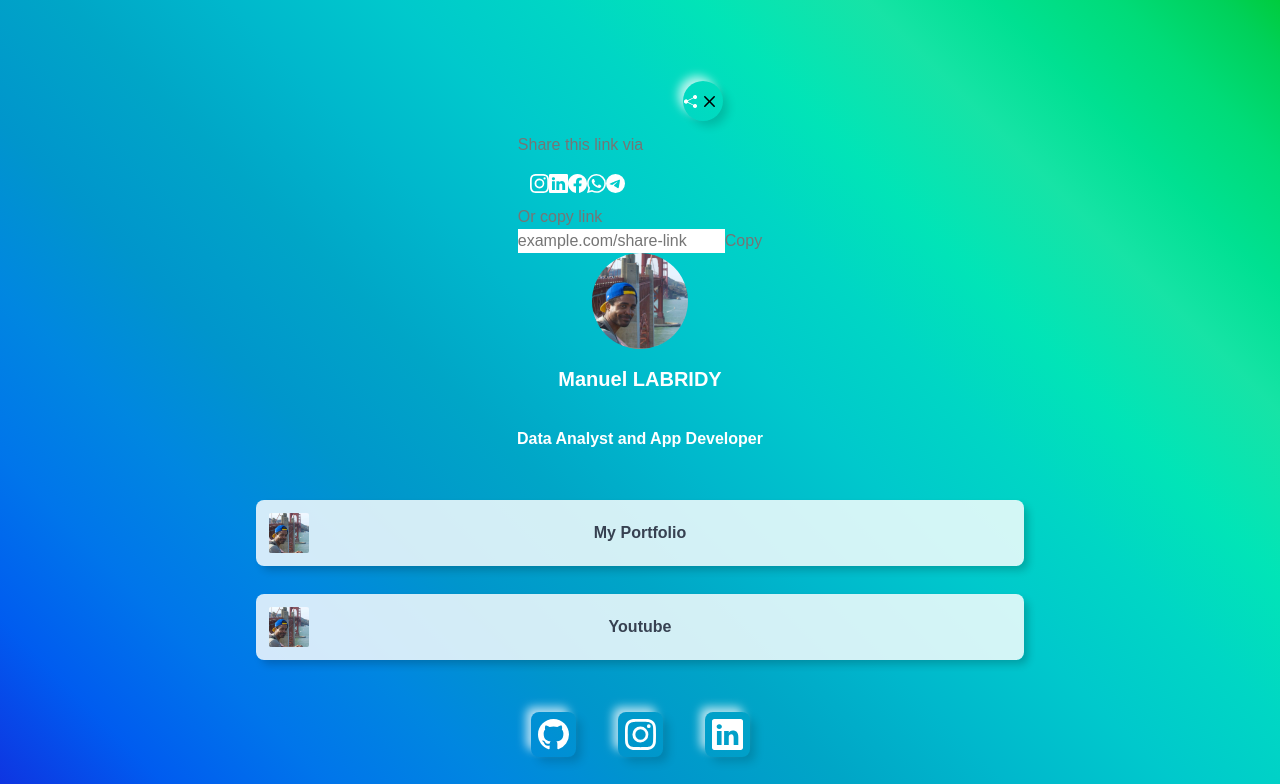
Repository: MateLaDBrouille97/linktree
Page: /
These files come from the project's save history. The page is drawn as it stood at one moment and after the next save; the edit follows.
The browser window is 1280 px wide. The pictures show the whole page.
The project was rebuilt for these pictures with package versions that can differ from the ones it lists, and the page was loaded fresh each time. The framework's server and built-in components were replaced by stand-ins that run in the browser. Also part of the build but not shown: next.config.js, styles/Home.module.css, styles/scrollup.css.

Above is the page before, as saved 2023-01-23 19:24:17.

### app/layout.tsx
"use client";

import '@/styles/globals.css'
import '../styles/Home.module.css';
import '../styles/scrollup.css';
import '../styles/home.css';
import '../styles/socials.css';
import '../styles/share.css';
import ScrollDow from '../components/ScrollDow';
import ScrollUp from '../components/scrollup/ScrollUp'

export default function RootLayout({
    children,
  }: {
    children: React.ReactNode;
  }) {
    return (
      <html lang="en">
        <body>{children}</body>
        {/* <ScrollDow/> */}
        {/* <ScrollUp/> */}
      </html>
    );
  }

### app/page.tsx
"use client";

import Image from "next/image";
import data from "data.json";
import image from "../public/ManuelTL2.jpg";
import image1 from "../public/ManuelTL2.jpg";
import { useEffect, useState } from "react";
import Socials from "../components/Socials";
import Share from "@/components/Share";

function LinkCard({
  href,
  title,
  image,
}: {
  href: string;
  title: string;
  image?: string;
}) {
  return (
    <a
      href={href}
      className="flex items-center p-3 w-full rounded-lg hover:scale-105 transition-all bg-gray-100 mb-3 -mt-2 max-w-3xl home__linkcard-box"
    >
      <div className="flex text-center w-full home__linkcard-card">
        <div className="w-10 h-10 home__linkcard-img">
          {image1 && (
            <Image
              className="rounded-sm"
              alt={data.name}
              src={image1}
              width={40}
              height={40}
            />
          )}
        </div>
        <h2 className="flex justify-center items-center font-semibold w-full text-gray-700 -ml-10 home__linkcard-title">
          {title}
        </h2>
      </div>
    </a>
  );
}

export default function Home() {
  /*==================== Toggle Menu ====================== */
  const [toggle, showMenu] = useState(false);
  const [activeNav, setActiveNav] = useState("#home");

  /* +++++++++++++++++++++++++++++++++++++++++++++++++ */
  // const { dbUser, image } = useUserContext();

  // const breakpoints = (width) => {
  //   if (width < 640) {
  //     return "xs";
  //   } else if (width >= 640 && width < 768) {
  //     return "sm";
  //   } else if (width >= 768 && width < 1024) {
  //     return "md";
  //   } else if (width >= 1024) {
  //     return "lg";
  //   }
  // };

  // const [breakpoint, setBreakpoint] = useState(() =>
  //   breakpoints(typeof window !== "undefined" && window.innerWidth)
  // );

  useEffect(() => {
    if (toggle) {
      // const calcInnerWidth = function () {
      //   setBreakpoint(breakpoints(window.innerWidth));
      // };
      // window.addEventListener("resize", calcInnerWidth);
      window.addEventListener("scroll", function () {
        const header = this.document.querySelector(".header");
        //scroll higher than 200 viewport height
        //add scroll header class to a tag with the scroll-top
        if (this.scrollY >= 80) header?.classList.add("scroll-header");
        else header?.classList.remove("scroll-header");
      });
    }
  }, []);

  useEffect(() => {
    showMenu(true);
  }, []);

  return (
    <div className="flex items-center flex-col mx-auto w-full justify-center mt-16 px-8 ">
      <Share/>
      <a
        href="#home"
        onClick={() => setActiveNav("#home")}
        // className={
        //   activeNav === "#home" ? "nav__logo active-link" : "nav__logo"
        // }
      >
        <Image
          className="rounded-full"
          alt={data.name}
          src={image}
          width={96}
          height={96}
        />
      </a>

      <h1 className="font-semibold mt-4 mb-8 text-xl" style={{color:"white"}}>{data.name}</h1>
      <h3 className="home__description" style={{color:"white"}}>{data.small_description}</h3>

      <div className="grid place-items-center w-full mt-2">
        {data.links.map((link) => (
          <LinkCard key={link.href} {...link} />
        ))}
      </div>

      <div className="gap-3 items-center flex mt-10">
        {data?.socials?.map((social) => {
         return(

          <Socials title={social?.title} key={social?.href} />
          )
        })}
      </div>
    </div>
  );
}

### styles/home.css
.home__container{
    row-gap: 7rem;
}

.home__content{
    grid-template-columns: 116px repeat(2, 1fr);
    padding-top: 5.5rem;
    column-gap: 2rem;
    align-items: center;
}

.home__social{
    display:grid;
    grid-template-columns: max-content;
    row-gap: 1rem;
}

.home__social-icon{
    font-size:1.25rem;
    color: var(--title-color);
}

.home__social-icon:hover{
    color:rgb(165, 30, 75);
}



.home__social-icon:hover{
    color: var(--title-color-dark);
}

.home__title{
    font-size:var(--h1-font-size);
    margin-bottom:var(--mb-0-25);
}

.home__hand{
    width: 38px;
    height: 38px;
    margin-left: 0.4rem;
}

.home__subtitle{
    position: relative;
    font-size:var(--h3-font-size);
    padding-left: 5.4rem;
    font-weight: var(--font-normal);
    margin-bottom: var(--mb-1);
}

.home__subtitle::before{
    content:'';
    position:absolute;
    width: 70px;
    height:1px;
    background-color:var(--text-color);
    left:0;
    top:1rem;
}

.home__description{
    max-width:400px;
    margin-bottom: var(--mb-3);
    line-height: 1.7;
}

.home__linkcard-box{
    background-color: rgba(255, 255, 255, 0.829);
    border-color: whitesmoke;
    border-width: 3px;
    transition: transform 0.5s;
    box-shadow: 5px 5px 9px -1px rgba(0,0,0,0.2);

    border: 1px solid rgba(0,0,0,0);
    transition: transform 0.5s;
}

.home__linkcard-box:hover{
    box-shadow: 10px 10px 0px -1px rgba(0,0,0,0.15),
                1px 1px 0.5px  rgba(0,0,0,0.15),
                0px -12px 10px -10px  rgba(0,0,0,0.05);
     border: 1px solid   rgba(0,0,0,0.1);
    /* transform:translateY(-2px)  ;    */
}

.home__linkcard-box::after{
    transition: transform 0.5s;
}

.home__linkcard-box:hover::after .home__linkcard-title {
    transition: transform 0.7s;
}

.home__linkcard-box:hover::after .home__linkcard-img {
    transition: transform 0.7s;
}

.home__linkcard-box:hover .home__linkcard-title{
    transform:scale(1.05);
    transition: transform 0.5s;
}

.home__linkcard-box:hover .home__linkcard-img{
    transform:scale(1.15);
    transition: transform 0.5s;
}




.home__img{
/* background: url(../../assets/Mur.jpg); */
background-repeat: no-repeat;
background-position: center;
background-size: cover;
box-shadow: inset 0 0 0 9px rgb(255 255 255/30%);
order: 1;
justify-self: center;
width:375px ;
height: 350px;
animation: profile__animate 8s ease-in-out infinite 1s;
}

@keyframes profile__animate {
    0%{
        border-radius: 60% 40% 30% 70%/60% 30% 70% 40%;
    }

    50%{
        border-radius: 30% 60% 70% 40%/50% 60% 30% 60%;
    }

    100%{
        border-radius: 60% 40% 30% 70%/60% 30% 70% 40%;
    }
}

.home__scroll{
    position:fixed;
    left: 2.5rem;
    bottom: 3rem;
    /* opacity:0.8; */
    padding:0.3rem 0.5rem;
    border-radius:0.4rem;
    z-index: var(--z-tooltip);
    transition: .4s;
}


.wheel {
    animation: scroll 2s ease infinite;
}

@keyframes scroll{
    0% {
        transform: translateY(0);
    }
    30% {
        transform: translateY(3.7rem);
    }

}


.home__scroll-name{
    color: rgba(255, 255, 255, 0.829);
    font-weight: var(--font-medium);
    margin-right: var(--mb-0-25);
    margin-left: 2px;
}

.home__scroll-arrow{
    font-size: 1.25rem;
    color: rgba(255, 255, 255, 0.829);
}


/*=============== BREAKPOINTS ===============*/
/* For large devices */
@media screen and (max-width: 992px) {
    .home__content{
        grid-template-columns: 100px repeat(2, 1fr);
        column-gap: 1.25rem;

    }

    .home__hand{
        width:26px;
        height:26px;
    }

    .home__subtitle{
        padding-left: 3.75rem;
        margin-bottom: var(--mb-1);

    }

    .home__subtitle::before {
        width:42px;
        top:0.8rem;
    }

    .home__description{
        max-width: initial;
        margin-bottom: var(--mb-2-5);
    }

    .home__img{
        width:250px;
        height:250px;
        box-shadow:inset 0 0 0 8px rgb(255 255 255/30%)
    }

    .home__scroll{
        margin-left: 7.5rem;
    }



  }

  /* For medium devices */
  @media screen and (max-width: 768px) {
    .home__content{
        grid-template-columns: 0.5fr 3fr;
        padding-top: 3.5rem;
    }

    .home__img{
        order:initial;/* ordre d'apparition de l'element*/
        justify-self: initial;
        box-shadow: inset 0 0 0 9px rgb(255 255 255/30%);
        width:200px;
        height: 200px;
    }

    .home__data{
        grid-column:1/3;
    }

    .home__scroll{
        display:none;
    }


  }



  /* For small devices */
  @media screen and (max-width: 350px) {


    .home__img{

        width:180px ;
        height: 180px;
    }

    .home__hand{
        width:22px;
        height:22px;
    }


  }

### styles/socials.css
/* .social__link{
    color: var(--container-color);
    font-size: 1.125rem;
    padding: 0.4rem;
    border-radius:1.5rem;
    display: inline-flex;
} */
/*
.social__link:hover{
    background-color:rgba(44, 203, 224, 0.986);
} */

.social__link{
    display:flex;
    /* background-color: var(--container-color); */
    color: var(--container-color);
    height: 45px;
    width: 45px;
    margin: 0 15px;
    border-radius: 8px;
    align-items: center;
    justify-content:center;
    text-decoration: none;
    box-shadow: 6px 6px 10px -1px rgba(0,0,0,0.15),
                -6px -6px 10px -1px rgba(255,255,255,0.7);
    border: 1px solid   rgba(0,0,0,0);
    transition: transform 0.5s;
}

a svg {
    font-size: 38px;
    color: white;
    transition: transform 0.5s;
}


.social__link:hover{
    background-color: rgba(255, 255, 255, 0.829);
    box-shadow: inset 4px 4px 6px -1px rgba(0,0,0,0.2),
                inset -4px -4px 6px -1px rgba(255,255,255,0.7),
                -0.5px -0.5px 0px  rgba(255,255,255,1),
                0.5px 0.5px 0px  rgba(0,0,0,0.15),
                0px -12px 10px -10px  rgba(0,0,0,0.05);
    border: 1px solid   rgba(0,0,0,0.1);
    transform:translateY(2px)  ;
}


a:hover svg{
    transform: scale(1.10);
    fill: black;
    transition: transform 0.5s;
}

a:hover .bi-linkedin{
    fill:rgb(18, 83, 203) ;
    transform:scale(1.10);
    transition: transform 0.5s;
}

a:hover .bi-instagram{
    fill:#e64771;
    transform:scale(1.10);
    transition: transform 0.5s;
}


/*=============== BREAKPOINTS ===============*/
/* For large devices */
@media screen and (max-width: 992px) {


    .social__link:hover{

        box-shadow: inset 4px 4px 6px -1px rgba(0,0,0,0.2),
                    inset -4px -4px 6px -1px rgba(255,255,255,0.7),
                    -0.5px -0.5px 0px  rgba(255,255,255,1),
                    0.5px 0.5px 0px  rgba(0,0,0,0.15),
                    0px -12px 10px -10px  rgba(0,0,0,0.05);
        border: 1px solid   rgba(0,0,0,0.1);
        transform:translateY(2px)  ;
    }




  }

  /* For medium devices */
  @media screen and (max-width: 768px) {




  }



  /* For small devices */
  @media screen and (max-width: 350px) {





  }

### styles/share.css
/*          Share   Items  */

.share-link{
    display:flex;
    /* background-color: var(--container-color); */
    color: var(--container-color);
    height: 45px;
    width: 45px;
    margin: 0 15px;
    border-radius: 22px;
    align-items: center;
    justify-content:center;
    text-decoration: none;
    box-shadow: 6px 6px 10px -1px rgba(0,0,0,0.15),
                -6px -6px 10px -1px rgba(255,255,255,0.7);
    border: 1px solid   rgba(0,0,0,0);
    transition: transform 0.5s;
}

.share-link:hover{
    background-color: rgba(255, 255, 255, 0.829);
    box-shadow: inset 4px 4px 6px -1px rgba(0,0,0,0.2),
                inset -4px -4px 6px -1px rgba(255,255,255,0.7),
                -0.5px -0.5px 0px  rgba(255,255,255,1),
                0.5px 0.5px 0px  rgba(0,0,0,0.15),
                0px -12px 10px -10px  rgba(0,0,0,0.05);
    border: 1px solid   rgba(0,0,0,0.1);
    transform:translateY(2px)  ;
}



/* .share-link .bi-share-fill{
    fill: white;
} */

.share-link:hover .bi-share-fill{
    fill: black;
    transform:scale(1.10);
    transition: transform 0.5s;

}

header{
    width:95%;
    max-width: 788px;
    display: flex;
    justify-content: flex-end;
    padding: 12px;
    margin-top: 5px;
}

.share-button{
    width: 40px;
    height: 40px;
    border-radius:20px;
    color: var(--container-color);

}

ul{
    width:91%;
    max-width: 788px;
    display: flex;
    /* justify-content: flex-end; */
    padding: 12px;
    margin-top: 5px;
}

.content{

    justify-content: flex-end;
}

### components/Socials.tsx
function GitHubIcon() {
  return (
    <a href="https://github.com/LuckyMate97" className="social__link">
      <svg xmlns="http://www.w3.org/2000/svg" width="31" height="31" fill="white" className="bi bi-github" viewBox="0 0 16 16"> <path d="M8 0C3.58 0 0 3.58 0 8c0 3.54 2.29 6.53 5.47 7.59.4.07.55-.17.55-.38 0-.19-.01-.82-.01-1.49-2.01.37-2.53-.49-2.69-.94-.09-.23-.48-.94-.82-1.13-.28-.15-.68-.52-.01-.53.63-.01 1.08.58 1.23.82.72 1.21 1.87.87 2.33.66.07-.52.28-.87.51-1.07-1.78-.2-3.64-.89-3.64-3.95 0-.87.31-1.59.82-2.15-.08-.2-.36-1.02.08-2.12 0 0 .67-.21 2.2.82.64-.18 1.32-.27 2-.27.68 0 1.36.09 2 .27 1.53-1.04 2.2-.82 2.2-.82.44 1.1.16 1.92.08 2.12.51.56.82 1.27.82 2.15 0 3.07-1.87 3.75-3.65 3.95.29.25.54.73.54 1.48 0 1.07-.01 1.93-.01 2.2 0 .21.15.46.55.38A8.012 8.012 0 0 0 16 8c0-4.42-3.58-8-8-8z"/> </svg>
    </a>
  );
}

function InstagramIcon() {
  return (
    <a href="https://www.instagram.com/oto.mata33/" className="social__link">
      <svg xmlns="http://www.w3.org/2000/svg" width="31" height="31" fill="white" className="bi bi-instagram" viewBox="0 0 16 16"> <path d="M8 0C5.829 0 5.556.01 4.703.048 3.85.088 3.269.222 2.76.42a3.917 3.917 0 0 0-1.417.923A3.927 3.927 0 0 0 .42 2.76C.222 3.268.087 3.85.048 4.7.01 5.555 0 5.827 0 8.001c0 2.172.01 2.444.048 3.297.04.852.174 1.433.372 1.942.205.526.478.972.923 1.417.444.445.89.719 1.416.923.51.198 1.09.333 1.942.372C5.555 15.99 5.827 16 8 16s2.444-.01 3.298-.048c.851-.04 1.434-.174 1.943-.372a3.916 3.916 0 0 0 1.416-.923c.445-.445.718-.891.923-1.417.197-.509.332-1.09.372-1.942C15.99 10.445 16 10.173 16 8s-.01-2.445-.048-3.299c-.04-.851-.175-1.433-.372-1.941a3.926 3.926 0 0 0-.923-1.417A3.911 3.911 0 0 0 13.24.42c-.51-.198-1.092-.333-1.943-.372C10.443.01 10.172 0 7.998 0h.003zm-.717 1.442h.718c2.136 0 2.389.007 3.232.046.78.035 1.204.166 1.486.275.373.145.64.319.92.599.28.28.453.546.598.92.11.281.24.705.275 1.485.039.843.047 1.096.047 3.231s-.008 2.389-.047 3.232c-.035.78-.166 1.203-.275 1.485a2.47 2.47 0 0 1-.599.919c-.28.28-.546.453-.92.598-.28.11-.704.24-1.485.276-.843.038-1.096.047-3.232.047s-2.39-.009-3.233-.047c-.78-.036-1.203-.166-1.485-.276a2.478 2.478 0 0 1-.92-.598 2.48 2.48 0 0 1-.6-.92c-.109-.281-.24-.705-.275-1.485-.038-.843-.046-1.096-.046-3.233 0-2.136.008-2.388.046-3.231.036-.78.166-1.204.276-1.486.145-.373.319-.64.599-.92.28-.28.546-.453.92-.598.282-.11.705-.24 1.485-.276.738-.034 1.024-.044 2.515-.045v.002zm4.988 1.328a.96.96 0 1 0 0 1.92.96.96 0 0 0 0-1.92zm-4.27 1.122a4.109 4.109 0 1 0 0 8.217 4.109 4.109 0 0 0 0-8.217zm0 1.441a2.667 2.667 0 1 1 0 5.334 2.667 2.667 0 0 1 0-5.334z"/> </svg>
    </a>
  );
}

function LinkedInIcon() {
  return (
    <a href="https://ca.linkedin.com/" className="social__link">
      <svg xmlns="http://www.w3.org/2000/svg" width="31" height="31" fill="white" className="bi bi-linkedin" viewBox="0 0 16 16"> <path d="M0 1.146C0 .513.526 0 1.175 0h13.65C15.474 0 16 .513 16 1.146v13.708c0 .633-.526 1.146-1.175 1.146H1.175C.526 16 0 15.487 0 14.854V1.146zm4.943 12.248V6.169H2.542v7.225h2.401zm-1.2-8.212c.837 0 1.358-.554 1.358-1.248-.015-.709-.52-1.248-1.342-1.248-.822 0-1.359.54-1.359 1.248 0 .694.521 1.248 1.327 1.248h.016zm4.908 8.212V9.359c0-.216.016-.432.08-.586.173-.431.568-.878 1.232-.878.869 0 1.216.662 1.216 1.634v3.865h2.401V9.25c0-2.22-1.184-3.252-2.764-3.252-1.274 0-1.845.7-2.165 1.193v.025h-.016a5.54 5.54 0 0 1 .016-.025V6.169h-2.4c.03.678 0 7.225 0 7.225h2.4z"/> </svg>
    </a>
  );
}

function Socials({ title }:{title?:string;}) {
  if (title == "Instagram") {
    return <InstagramIcon  />;
  }
  if (title == "Github") {
    return <GitHubIcon  />;
  }
  if (title == "LinkedIn") {
    return <LinkedInIcon  />;
  }
}

export default Socials;

### components/Share.tsx
import React from "react";

const Share = () => {
  return (
    <div>
      <header>
        <div className="share-button share-link">
          <svg
            xmlns="http://www.w3.org/2000/svg"
            width="25"
            height="25"
            fill="white"
            className="bi bi-share-fill"
            viewBox="0 0 16 16"
          >
            {" "}
            <path d="M11 2.5a2.5 2.5 0 1 1 .603 1.628l-6.718 3.12a2.499 2.499 0 0 1 0 1.504l6.718 3.12a2.5 2.5 0 1 1-.488.876l-6.718-3.12a2.5 2.5 0 1 1 0-3.256l6.718-3.12A2.5 2.5 0 0 1 11 2.5z" />{" "}
          </svg>
          <div className="close">
            <svg
              xmlns="http://www.w3.org/2000/svg"
              width="25"
              height="25"
              fill="black"
              className="bi bi-x"
              viewBox="0 0 16 16"
            >
              {" "}
              <path d="M4.646 4.646a.5.5 0 0 1 .708 0L8 7.293l2.646-2.647a.5.5 0 0 1 .708.708L8.707 8l2.647 2.646a.5.5 0 0 1-.708.708L8 8.707l-2.646 2.647a.5.5 0 0 1-.708-.708L7.293 8 4.646 5.354a.5.5 0 0 1 0-.708z" />{" "}
            </svg>{" "}
          </div>
        </div>
      </header>
      <div className="content">
        <p>Share this link via </p>
        <ul>
          <a href="" className="social__link-share">
            <svg
              xmlns="http://www.w3.org/2000/svg"
              width="19"
              height="19"
              fill="white"
              className="bi bi-instagram"
              viewBox="0 0 16 16"
            >
              {" "}
              <path d="M8 0C5.829 0 5.556.01 4.703.048 3.85.088 3.269.222 2.76.42a3.917 3.917 0 0 0-1.417.923A3.927 3.927 0 0 0 .42 2.76C.222 3.268.087 3.85.048 4.7.01 5.555 0 5.827 0 8.001c0 2.172.01 2.444.048 3.297.04.852.174 1.433.372 1.942.205.526.478.972.923 1.417.444.445.89.719 1.416.923.51.198 1.09.333 1.942.372C5.555 15.99 5.827 16 8 16s2.444-.01 3.298-.048c.851-.04 1.434-.174 1.943-.372a3.916 3.916 0 0 0 1.416-.923c.445-.445.718-.891.923-1.417.197-.509.332-1.09.372-1.942C15.99 10.445 16 10.173 16 8s-.01-2.445-.048-3.299c-.04-.851-.175-1.433-.372-1.941a3.926 3.926 0 0 0-.923-1.417A3.911 3.911 0 0 0 13.24.42c-.51-.198-1.092-.333-1.943-.372C10.443.01 10.172 0 7.998 0h.003zm-.717 1.442h.718c2.136 0 2.389.007 3.232.046.78.035 1.204.166 1.486.275.373.145.64.319.92.599.28.28.453.546.598.92.11.281.24.705.275 1.485.039.843.047 1.096.047 3.231s-.008 2.389-.047 3.232c-.035.78-.166 1.203-.275 1.485a2.47 2.47 0 0 1-.599.919c-.28.28-.546.453-.92.598-.28.11-.704.24-1.485.276-.843.038-1.096.047-3.232.047s-2.39-.009-3.233-.047c-.78-.036-1.203-.166-1.485-.276a2.478 2.478 0 0 1-.92-.598 2.48 2.48 0 0 1-.6-.92c-.109-.281-.24-.705-.275-1.485-.038-.843-.046-1.096-.046-3.233 0-2.136.008-2.388.046-3.231.036-.78.166-1.204.276-1.486.145-.373.319-.64.599-.92.28-.28.546-.453.92-.598.282-.11.705-.24 1.485-.276.738-.034 1.024-.044 2.515-.045v.002zm4.988 1.328a.96.96 0 1 0 0 1.92.96.96 0 0 0 0-1.92zm-4.27 1.122a4.109 4.109 0 1 0 0 8.217 4.109 4.109 0 0 0 0-8.217zm0 1.441a2.667 2.667 0 1 1 0 5.334 2.667 2.667 0 0 1 0-5.334z" />{" "}
            </svg>
          </a>
          <a href="" className="social__link-share">
            <svg
              xmlns="http://www.w3.org/2000/svg"
              width="19"
              height="19"
              fill="white"
              className="bi bi-linkedin"
              viewBox="0 0 16 16"
            >
              {" "}
              <path d="M0 1.146C0 .513.526 0 1.175 0h13.65C15.474 0 16 .513 16 1.146v13.708c0 .633-.526 1.146-1.175 1.146H1.175C.526 16 0 15.487 0 14.854V1.146zm4.943 12.248V6.169H2.542v7.225h2.401zm-1.2-8.212c.837 0 1.358-.554 1.358-1.248-.015-.709-.52-1.248-1.342-1.248-.822 0-1.359.54-1.359 1.248 0 .694.521 1.248 1.327 1.248h.016zm4.908 8.212V9.359c0-.216.016-.432.08-.586.173-.431.568-.878 1.232-.878.869 0 1.216.662 1.216 1.634v3.865h2.401V9.25c0-2.22-1.184-3.252-2.764-3.252-1.274 0-1.845.7-2.165 1.193v.025h-.016a5.54 5.54 0 0 1 .016-.025V6.169h-2.4c.03.678 0 7.225 0 7.225h2.4z" />{" "}
            </svg>
          </a>
          <a href="" className="social__link-share">
            <svg
              xmlns="http://www.w3.org/2000/svg"
              width="19"
              height="19"
              fill="currentColor"
              className="bi bi-facebook"
              viewBox="0 0 16 16"
            >
              {" "}
              <path d="M16 8.049c0-4.446-3.582-8.05-8-8.05C3.58 0-.002 3.603-.002 8.05c0 4.017 2.926 7.347 6.75 7.951v-5.625h-2.03V8.05H6.75V6.275c0-2.017 1.195-3.131 3.022-3.131.876 0 1.791.157 1.791.157v1.98h-1.009c-.993 0-1.303.621-1.303 1.258v1.51h2.218l-.354 2.326H9.25V16c3.824-.604 6.75-3.934 6.75-7.951z" />{" "}
            </svg>
          </a>
          <a href="" className="social__link-share">
            <svg
              xmlns="http://www.w3.org/2000/svg"
              width="19"
              height="19"
              fill="currentColor"
              className="bi bi-whatsapp"
              viewBox="0 0 16 16"
            >
              {" "}
              <path d="M13.601 2.326A7.854 7.854 0 0 0 7.994 0C3.627 0 .068 3.558.064 7.926c0 1.399.366 2.76 1.057 3.965L0 16l4.204-1.102a7.933 7.933 0 0 0 3.79.965h.004c4.368 0 7.926-3.558 7.93-7.93A7.898 7.898 0 0 0 13.6 2.326zM7.994 14.521a6.573 6.573 0 0 1-3.356-.92l-.24-.144-2.494.654.666-2.433-.156-.251a6.56 6.56 0 0 1-1.007-3.505c0-3.626 2.957-6.584 6.591-6.584a6.56 6.56 0 0 1 4.66 1.931 6.557 6.557 0 0 1 1.928 4.66c-.004 3.639-2.961 6.592-6.592 6.592zm3.615-4.934c-.197-.099-1.17-.578-1.353-.646-.182-.065-.315-.099-.445.099-.133.197-.513.646-.627.775-.114.133-.232.148-.43.05-.197-.1-.836-.308-1.592-.985-.59-.525-.985-1.175-1.103-1.372-.114-.198-.011-.304.088-.403.087-.088.197-.232.296-.346.1-.114.133-.198.198-.33.065-.134.034-.248-.015-.347-.05-.099-.445-1.076-.612-1.47-.16-.389-.323-.335-.445-.34-.114-.007-.247-.007-.38-.007a.729.729 0 0 0-.529.247c-.182.198-.691.677-.691 1.654 0 .977.71 1.916.81 2.049.098.133 1.394 2.132 3.383 2.992.47.205.84.326 1.129.418.475.152.904.129 1.246.08.38-.058 1.171-.48 1.338-.943.164-.464.164-.86.114-.943-.049-.084-.182-.133-.38-.232z" />{" "}
            </svg>
          </a>
          <a href="" className="social__link-share">
            <svg
              xmlns="http://www.w3.org/2000/svg"
              width="19"
              height="19"
              fill="currentColor"
              className="bi bi-telegram"
              viewBox="0 0 16 16"
            >
              {" "}
              <path d="M16 8A8 8 0 1 1 0 8a8 8 0 0 1 16 0zM8.287 5.906c-.778.324-2.334.994-4.666 2.01-.378.15-.577.298-.595.442-.03.243.275.339.69.47l.175.055c.408.133.958.288 1.243.294.26.006.549-.1.868-.32 2.179-1.471 3.304-2.214 3.374-2.23.05-.012.12-.026.166.016.047.041.042.12.037.141-.03.129-1.227 1.241-1.846 1.817-.193.18-.33.307-.358.336a8.154 8.154 0 0 1-.188.186c-.38.366-.664.64.015 1.088.327.216.589.393.85.571.284.194.568.387.936.629.093.06.183.125.27.187.331.236.63.448.997.414.214-.02.435-.22.547-.82.265-1.417.786-4.486.906-5.751a1.426 1.426 0 0 0-.013-.315.337.337 0 0 0-.114-.217.526.526 0 0 0-.31-.093c-.3.005-.763.166-2.984 1.09z" />{" "}
            </svg>
          </a>
        </ul>
        <p> Or copy link</p>
        <div className="field">
            <input type="text" value="example.com/share-link" />
            <button>Copy</button>
        </div>
      </div>
    </div>
  );
};

export default Share;

Loaded but not shown: data.json (35 lines, source omitted); tailwind.config.js (13 lines, source omitted); styles/globals.css (269 lines, source omitted)

After the next save:
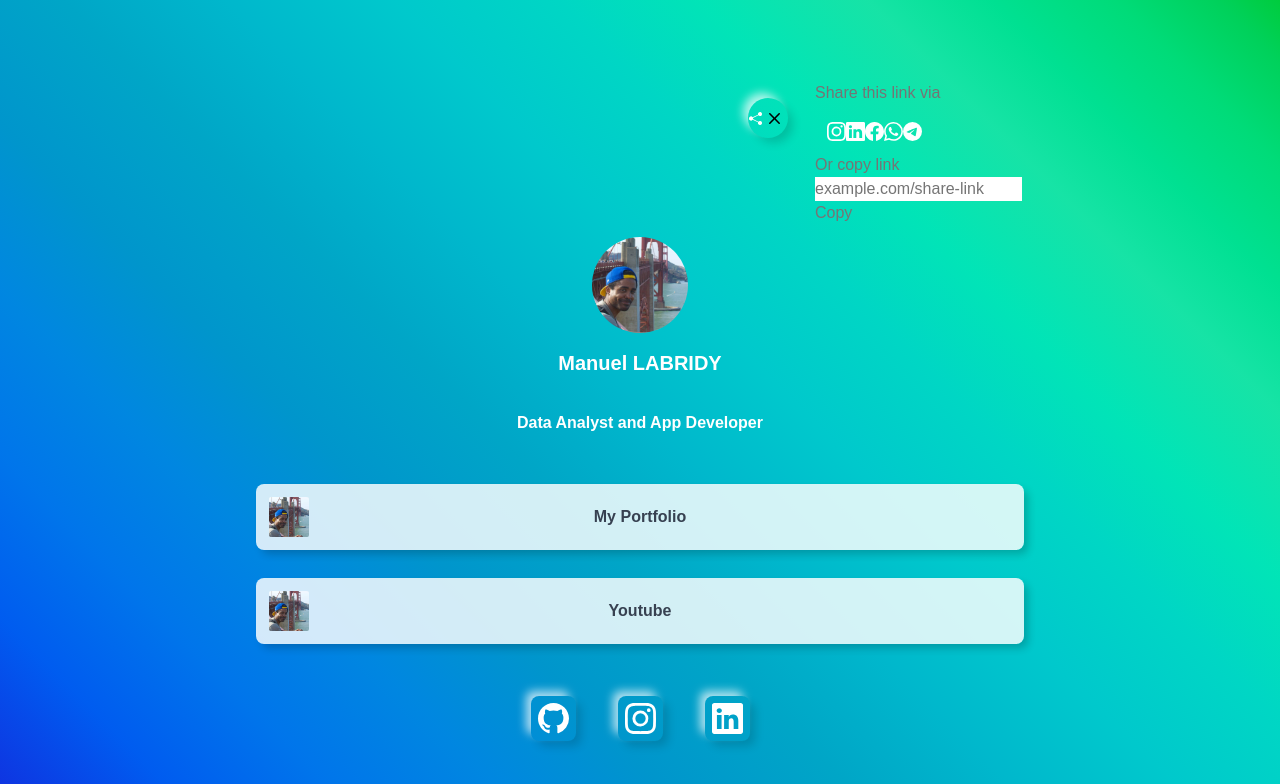
Saved 113 s later.
--- a/styles/share.css
+++ b/styles/share.css
@@ -69,5 +69,14 @@ ul{
 
 .content{
 
+
+}
+
+.share{
+    width:95%;
+    max-width: 788px;
+    display: flex;
     justify-content: flex-end;
+    padding: 12px;
+    margin-top: 5px;
 }
--- a/components/Share.tsx
+++ b/components/Share.tsx
@@ -2,7 +2,7 @@ import React from "react";
 
 const Share = () => {
   return (
-    <div>
+    <div className="share">
       <header>
         <div className="share-button share-link">
           <svg
